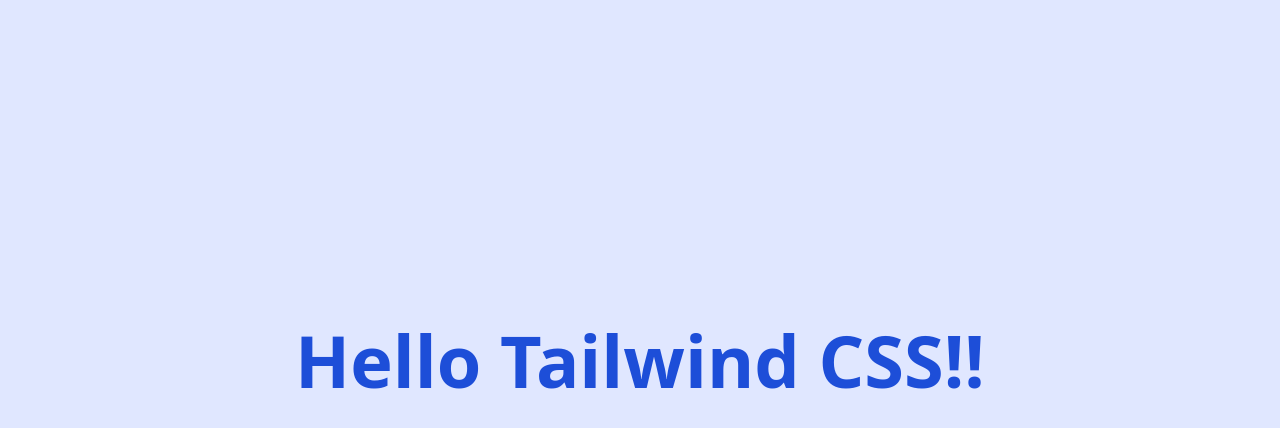
Repository: rayray1/react-tailwind-starter-template
Page: /
The author's editor kept a copy of each file at every save. The page is drawn from the files as they stood at one save, then again after the next save.
The browser window is 1280 px wide. The pictures show the whole page.
The project was rebuilt for these pictures with package versions that can differ from the ones it lists, and the page was loaded fresh each time.

Above is the page before, as saved 2023-06-23 06:52:22.

After the next save:
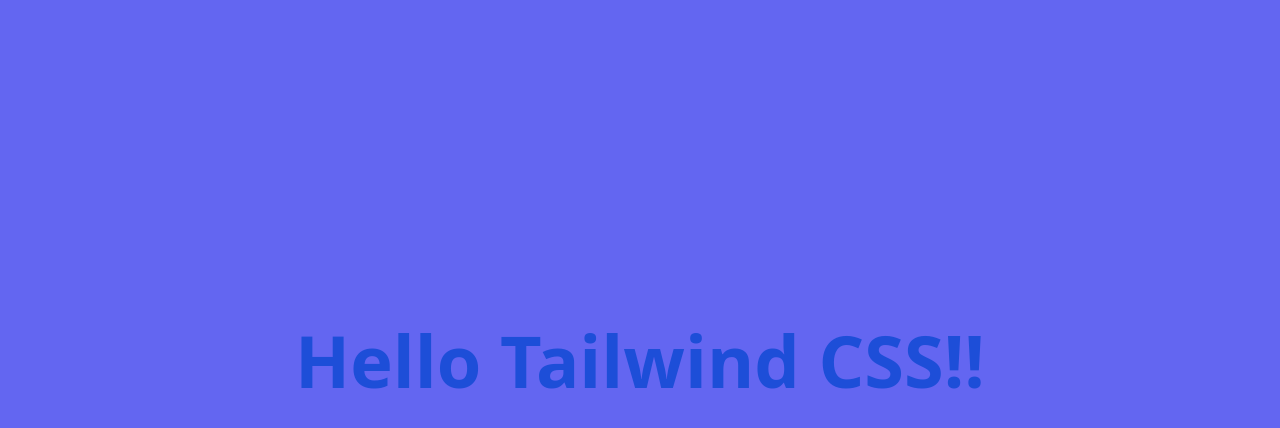
Saved 14 s later.
--- a/src/App.js
+++ b/src/App.js
@@ -1,7 +1,7 @@
 function App() {
   return (
     <div className="App">
-      <div className="w-full h-screen bg-indigo-100 flex justify-center items-center">
+      <div className="w-full h-screen bg-indigo-500 flex justify-center items-center">
         <h1 className="font-bold text-7xl text-blue-700">Hello Tailwind CSS!!</h1>
       </div>
     </div>
